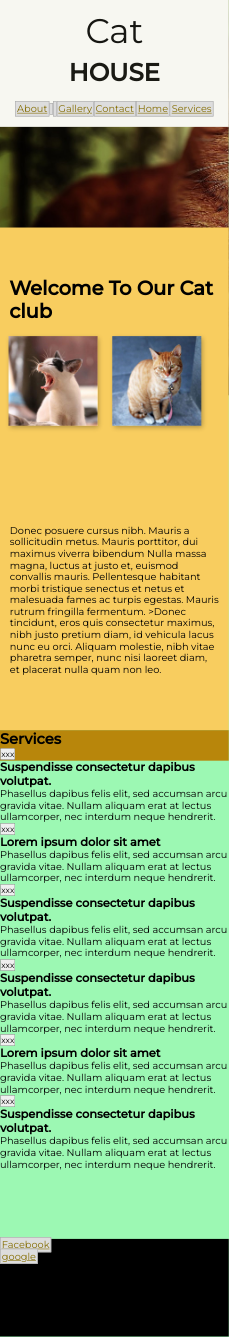
Repository: raul4264/final
Page: index.html
An editor plug-in stored every save of this project. The page is shown before and after the next save, followed by the edit.
The browser window is 375 px wide. The pictures show the whole page, at 61% of full size.

Above is the page before, as saved 2021-03-28 14:27:51.

After the next save:
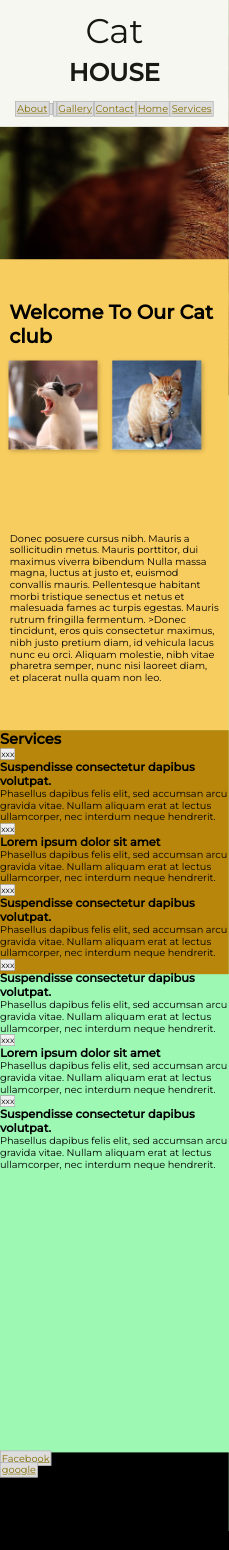
Saved 14 s later.
--- a/css/estilos.css
+++ b/css/estilos.css
@@ -146,7 +146,7 @@
     .services {
 
         background-color: darkgoldenrod;
-        height: 50px;
+        height: 50vh;
 
 
 
